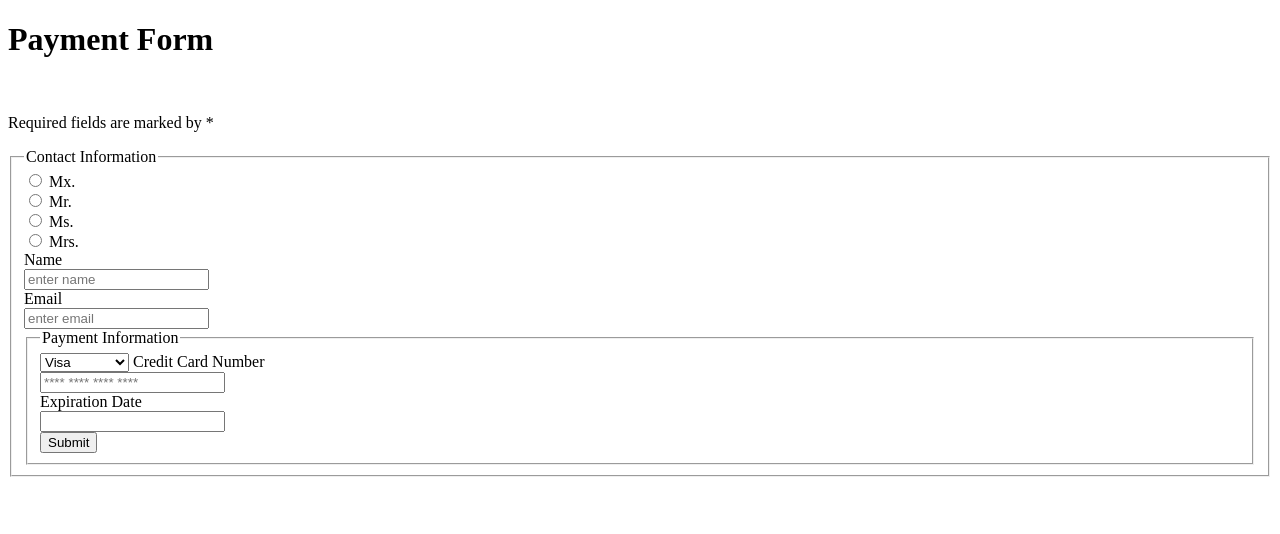
Repository: 10-2-pursuit/lab-intro-to-forms
Page: index.html
An editor plug-in stored every save of this project. The page is shown before and after the next save, followed by the edit.
The browser window is 1280 px wide. The pictures show the whole page.

Above is the page before, as saved 2023-06-13 21:40:24.

After the next save:
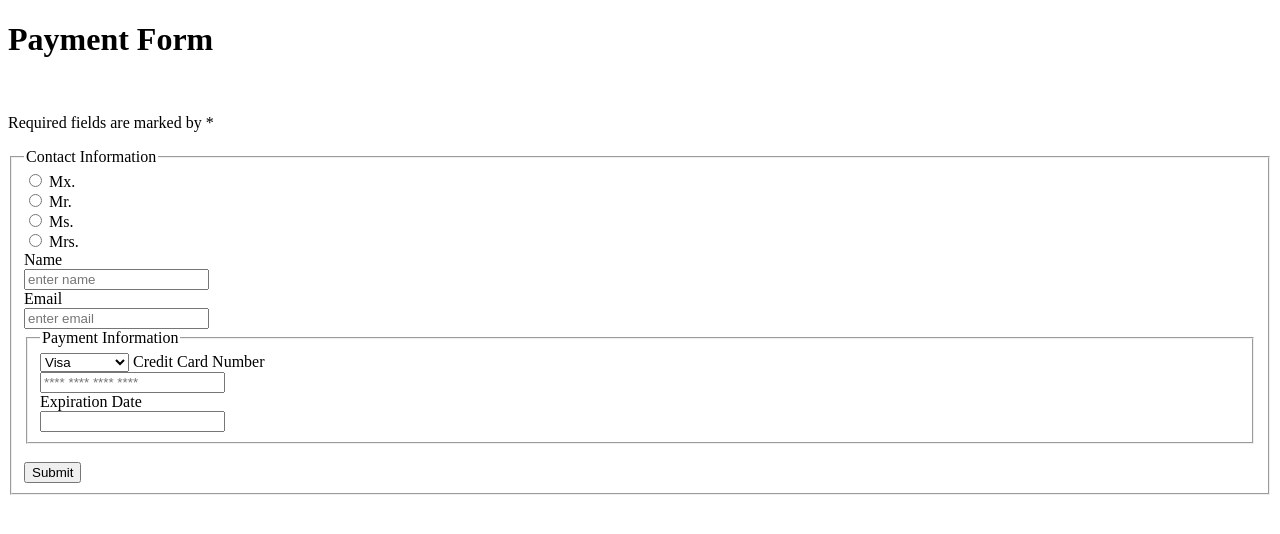
Saved 23 s later.
--- a/index.html
+++ b/index.html
@@ -44,7 +44,7 @@
             <br>
             <label for="expiration-date">Expiration Date</label>
             <br>
-            <input type="number" id="number"
+            <input type="number" id="number">
         </fieldset>
             <br>
         <input type="submit">
